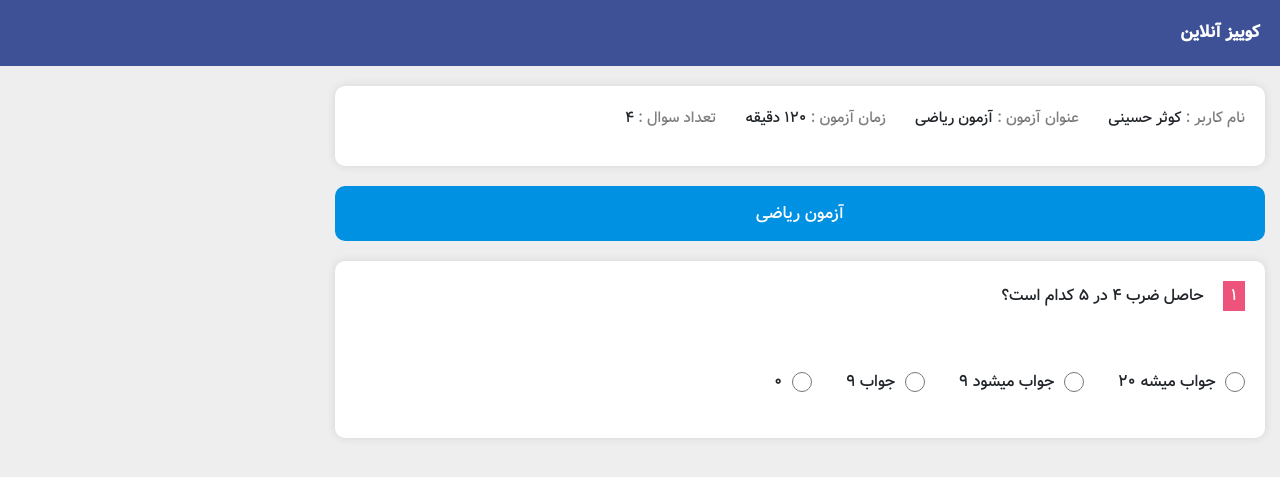
Repository: kosar78/quiz-online
Page: quiz.html
The author's editor kept a copy of each file at every save. The page is drawn from the files as they stood at one save, then again after the next save.
The browser window is 1280 px wide. The pictures show the whole page.
Some web libraries are served in a nearby version.

Above is the page before, as saved 2022-01-09 21:55:35.

### quiz.html
<!DOCTYPE html>
<html lang="en">
<head>
    <meta charset="UTF-8">
    <meta name="viewport" content="width=device-width, initial-scale=1.0">
    <link rel="stylesheet" href="css/quiz.css">
    <link rel="stylesheet" href="bootstrap_files/css/bootstrap.min.css">
    <script type="text/javascript" src="JQuery_file/jQuery.js"></script>
    <script type="text/javascript" src="bootstrap_files/js/bootstrap.min.js"></script>
    <!-- <script type="text/javascript" src="js/signin.js"></script> -->
    <title>امتحان</title>
</head>
<body>
    <div class="container-fluid signin-container">
        <div class="row main-row">
            <div class="headerr">کوییز آنلاین</div>

            <div class="col-xl-9">
                <div class="quiz-details">
                    <ul>
                        <li>
                            <ul>
                                <li class="q-info-title">نام کاربر :</li>
                                <li>کوثر حسینی</li>
                            </ul>
                        </li>
                        <li>
                            <ul>
                                <li class="q-info-title">عنوان آزمون :</li>
                                <li>آزمون ریاضی</li>
                            </ul>
                        </li>
                        <li>
                            <ul>
                                <li class="q-info-title">زمان آزمون :</li>
                                <li>120 دقیقه</li>
                            </ul>
                        </li>
                        <li>
                            <ul>
                                <li class="q-info-title">تعداد سوال :</li>
                                <li>4</li>
                            </ul>
                        </li>
                    </ul>
                </div>
                <div class="exam-title-div">
                    <p class="exam-title">
                        آزمون ریاضی
                    </p>
                </div>


                <div class="question-box">
                    <ul>
                        <li class="question-number">1</li>
                        <li class="question-face">حاصل ضرب 4 در 5 کدام است؟</li>
                    </ul>
                    <img src="" alt="" class="q-pic">

                    <ul class="q-options">
                        <li>
                            <input type="radio" id="contactChoice1" name="answer" value="1" >
                        <label for="contactChoice1">جواب میشه 20</label>
                        </li>
                        <li>
                            <input type="radio" id="contactChoice2" name="answer" >
                            <label for="contactChoice2">جواب میشود 9</label>
                        </li>
                        <li>
                            <input type="radio" id="contactChoice3" name="answer" >
                            <label for="contactChoice3">جواب 9</label>
                        </li>
                        <li>
                            <input type="radio" id="contactChoice4" name="answer" >
                            <label for="contactChoice4">0</label>
                        </li>



                    </ul>
                </div>
            </div>
            <div class="col-xl-3">

            </div>
        </div>
    </div>

    <script src="https://cdnjs.cloudflare.com/ajax/libs/axios/0.18.0/axios.min.js"></script>
    <!-- <script src="./connectToDB/signUp.js"></script> -->

</body>
</html>

### css/quiz.css
@font-face {
    font-family: FirstFont;
    src:url(../font/Vazir-Medium.woff2) format('woff2');
    src:url(../font/Vazir-Medium-FD-WOL.woff2) format('woff2');
  }
* {
    margin: 0;
    padding: 0;
    user-select: none;
    -moz-user-select: none;
    -khtml-user-select: none;
    -webkit-user-select: none;
    -o-user-select: none;
    text-align: right;
    text-decoration:none;
}
html body {
    direction: rtl;
    font-family:FirstFont;
    text-align: center;
    /* background: linear-gradient(260.06deg, #363671 12.33%, #3E5196 57.46%); */
    /* height: 100vh; */
    background-color: #eee;
}

ul li{
    display: inline-block;
    list-style: none;
}
.headerr{
    background-color: #3E5196;
    color: white;
    font-weight: 600;
    width: 100%;
    padding: 20px;
    font-size: 17px;
}
.quiz-details,
.question-box{
    background-color: #fff;
    box-shadow: 0px 0px 10px rgba(0, 0, 0, 0.1);
    border-radius: 10px;
    width: 100%;
    height: max-content;
    padding: 20px !important;
    position: relative;
    margin: 20px 0;
}
.quiz-details ul li ul{
    margin-left: 25px;
    font-size: 15px;
}
.q-info-title{
    color: rgb(0, 0, 0,.5);
}
.exam-title-div{
    background-color:#0091E2;
    border-radius: 10px;
    width: 100%;
    height: max-content;
    padding: 15px !important;
    position: relative;
    margin: 20px 0;
}
.exam-title-div p{
    color: #fff;
    font-size: 17px;
    text-align: center;
    padding-top: 0px;
    margin-bottom: 0px;

}
.question-box .q-pic{
    max-width: 300px;
}
.question-box .q-options label{
    margin-left: 30px;
    margin-right: 5px;
}
.question-number{
    background-color: #EE537C;
    padding: 3px 8px;
    margin-left: 15px;
    color: #fff;
}
.q-options{
    margin-top: 15px;
    position: relative;
}
.q-options input{
    width: 20px;
    position: relative;
    height: 20px;
    top: 6px;

}
::placeholder {
    color: rgb(0, 0, 0,.5);
    opacity: 0.95;
  }

:-ms-input-placeholder {
    color: rgb(0, 0, 0,.5);
}

::-ms-input-placeholder {
    color: rgb(0, 0, 0,.5);
}

@media(max-width:335px){
    #password,
    #username,
    #confirm-password,
    #code{
        width: 84%;
    }

}

Loaded but not shown: bootstrap_files/css/bootstrap.min.css (library); JQuery_file/jQuery.js (library); bootstrap_files/js/bootstrap.min.js (library)

After the next save:
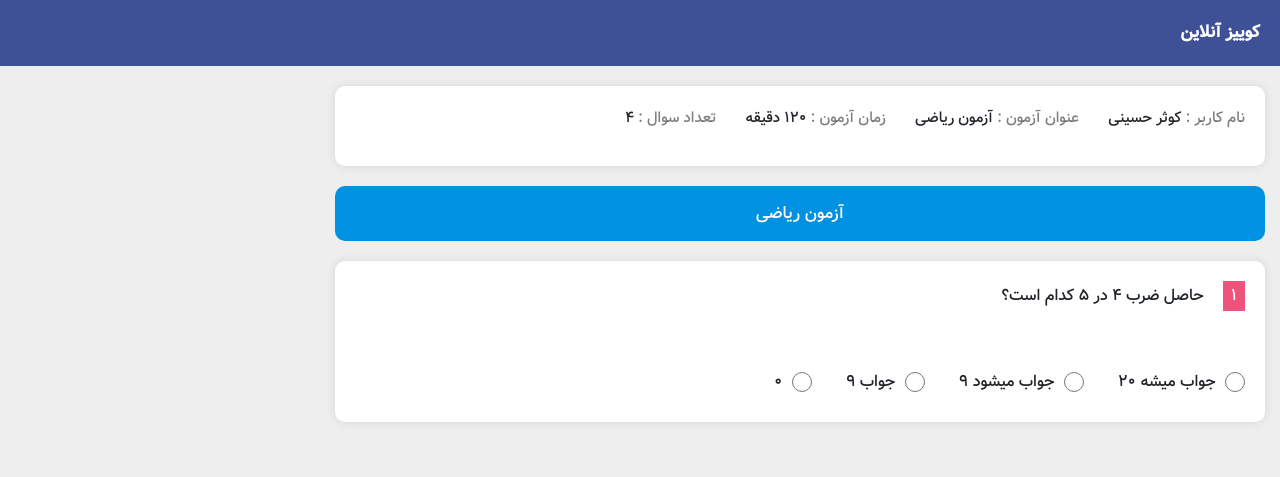
Saved 55 s later.
--- a/css/quiz.css
+++ b/css/quiz.css
@@ -86,6 +86,7 @@ ul li{
 .q-options{
     margin-top: 15px;
     position: relative;
+    margin-bottom: 0;
 }
 .q-options input{
     width: 20px;
